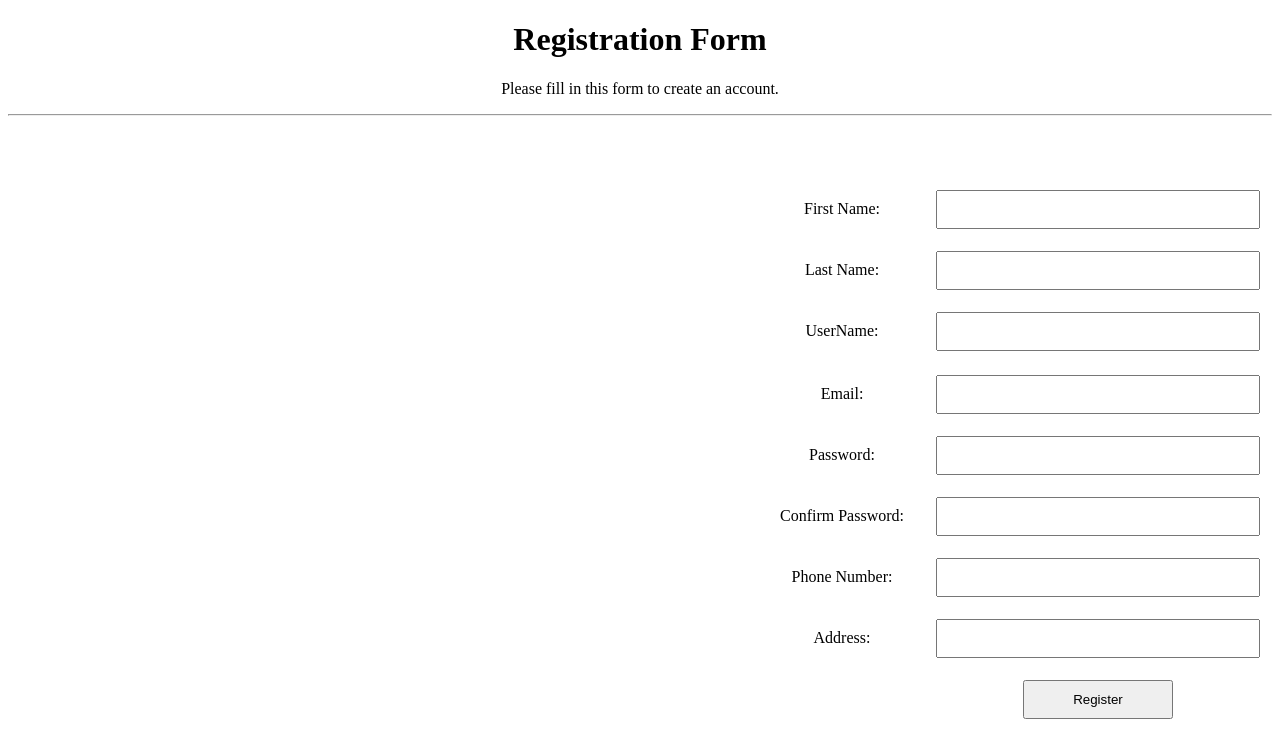
Repository: armanali13000/JAVA_CRUD
Page: http://localhost/CRUD_APP/MemberRegister.jsp
These files come from the project's save history. The page is drawn as it stood at one moment and after the next save; the edit follows.
The browser window is 1280 px wide. The pictures show the whole page.
The page is served by Tomcat 9.

Above is the page before, as saved 2023-02-26 10:19:52.

### CRUD_APP/src/main/webapp/MemberRegister.jsp
<%@ page language="java" contentType="text/html; charset=ISO-8859-1"
    pageEncoding="ISO-8859-1"%>
<!DOCTYPE html>
<html>
<head>
<meta charset="ISO-8859-1">
<title>Registration Form</title>

	<style type="text/css">

		.registration
		{
			text-align: center;
		}
		label, input
		{
			margin: 5px;
			padding: 10px;
			width: 300px;
		}
		#button
		{
			width: 150px;
		}
	</style>

</head>
<body>
	<form class="registration" action="Register" method="post">
	<h1>Registration Form</h1>
    <p>Please fill in this form to create an account.</p>
    <hr><br><br><br>
    <table align="right" cellpadding="5px" margin-right="20px">
			<tr>
					<td><label>First Name:</label></td>
					<td><input id="input" type="text"></input></td>
			</tr>
			<tr>
					<td><label>Last Name:</label></td>
					<td><input id="input" type="text"></input></td>
			</tr>
    		<tr>
					<td><label>UserName:</label></td>
					<td><input id="input" type="text"></input></td>
			</tr>
			<tr>
			<tr>
					<td><label>Email:</label></td>
					<td><input id="input" type="email"></input></td>
			</tr>
					<td><label>Password:</label></td>
					<td><input id="input" type="password"></input></td>
			</tr>
			<tr>
					<td><label>Confirm Password:</label></td>
					<td><input id="input" type="password"></input></td>
			</tr>
			<tr>
					<td><label>Phone Number:</label></td>
					<td><input id="input" type="text"></input></td>
			</tr>
			<tr>
					<td><label>Address:</label></td>
					<td><input id="input" type="text"></input></td>
			</tr>
			<tr>
				<td></td>
				<td><input id="button" type="submit" value="Register"></input></td>
			</tr>


	<!-- <input type="text" name="name" placeholder="Enter First Name"><br><br>
	<label>Last Name</label>
	<input type="text" name="name" placeholder="Enter Last Name"><br><br>
	<label>UserName</label>
	<input type="text" name="username" placeholder="Enter UserName"><br><br>
	<label>Email</label>
	<input type="email" name="email" placeholder="Enter Email"><br><br>
	<label>Password</label>
	<input type="password" name="password" placeholder="Enter Password"><br><br>
	<label>Confirm Password</label>
	<input type="password" name="Password" placeholder="Enter Confirm Password"><br><br>
	<label>Phone</label>
	<input type="number" name="phone" placeholder="Enter Phone"><br><br>
	<label>Address</label>
	<input type="text" name="address" placeholder="Enter Address"><br><br>
	<input id="sub" type="submit" value="Register"> -->

    </table>

	</form>
</body>
</html>

After the next save:
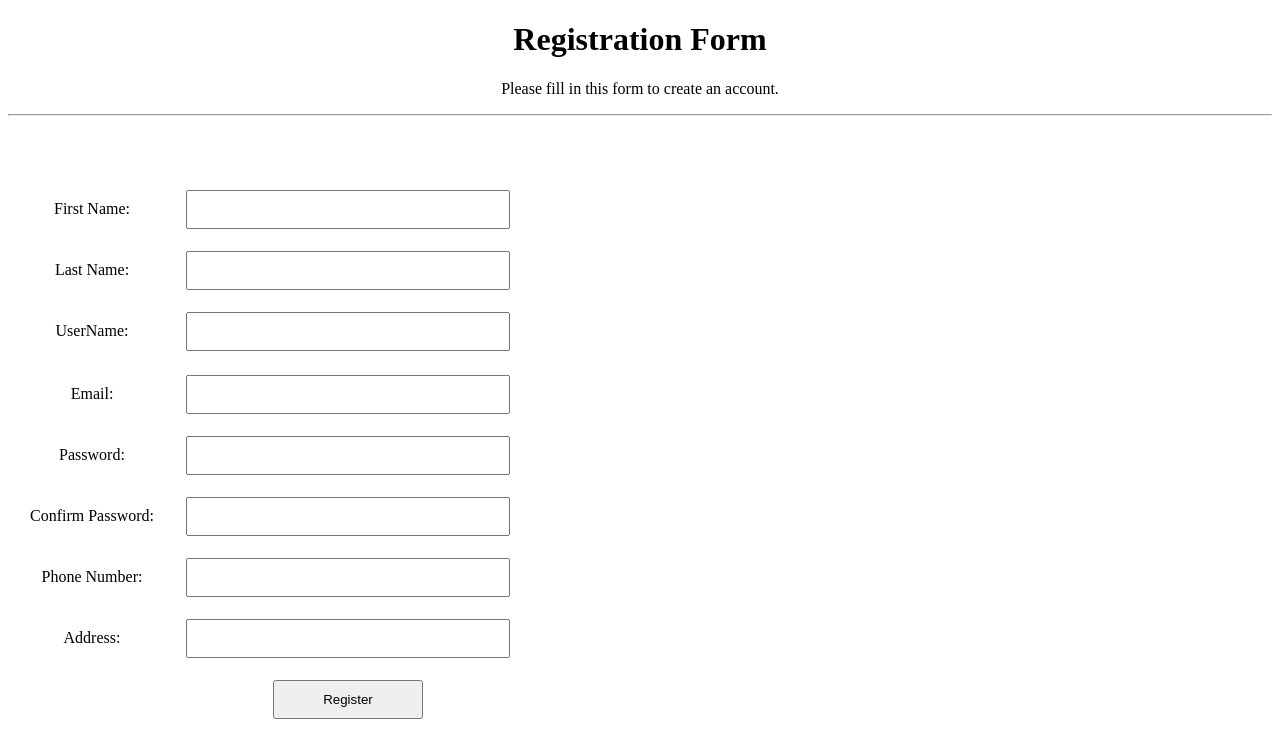
Saved 96 s later.
--- a/CRUD_APP/src/main/webapp/MemberRegister.jsp
+++ b/CRUD_APP/src/main/webapp/MemberRegister.jsp
@@ -22,6 +22,11 @@
 		{
 			width: 150px;
 		}
+		#formtable
+		{
+
+		}
+
 	</style>
 
 </head>
@@ -30,7 +35,7 @@
 	<h1>Registration Form</h1>
     <p>Please fill in this form to create an account.</p>
     <hr><br><br><br>
-    <table align="right" cellpadding="5px" margin-right="20px">
+    <table id="formtable" cellpadding="5px" >
 			<tr>
 					<td><label>First Name:</label></td>
 					<td><input id="input" type="text"></input></td>
